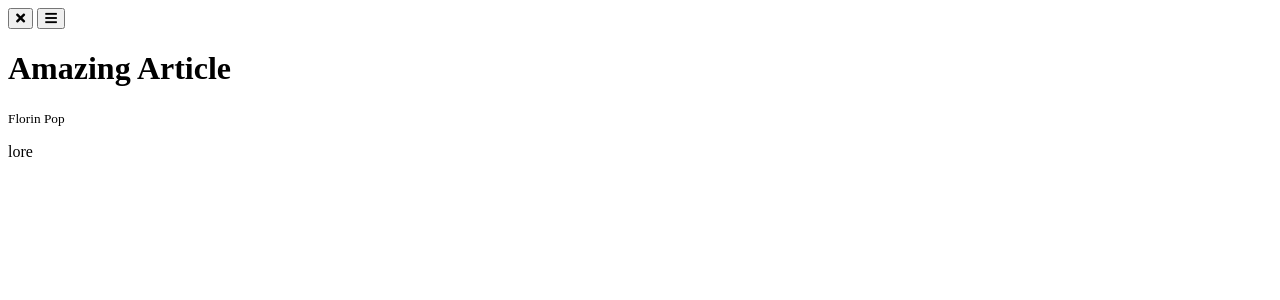
Repository: BrandonTuan777/Javascript-Basic-Projects
Page: Content & Circle Styling/index.html
An editor plug-in stored every save of this project. The page is shown before and after a run of saves, followed by the edit.
The browser window is 1280 px wide. The pictures show the whole page.

Above is the page before, as saved 2021-09-09 19:41:22.

### Content & Circle Styling/index.html
<!DOCTYPE html>
<html lang="en">
  <head>
    <meta charset="UTF-8" />
    <meta http-equiv="X-UA-Compatible" content="IE=edge" />
    <meta name="viewport" content="width=device-width, initial-scale=1.0" />
    <link
      rel="stylesheet"
      href="https://cdnjs.cloudflare.com/ajax/libs/font-awesome/5.15.4/css/all.min.css"
      integrity="sha512-1ycn6IcaQQ40/MKBW2W4Rhis/DbILU74C1vSrLJxCq57o941Ym01SwNsOMqvEBFlcgUa6xLiPY/NS5R+E6ztJQ=="
      crossorigin="anonymous"
      referrerpolicy="no-referrer"
    />
    <link rel="stylesheet" href="./style.css" />
    <title>Content & Circle Styling</title>
  </head>
  <body>
      <div class="container">
          <div class="circle-container">
              <div class="circle">
                  <button id="close">
                      <i class="fas fa-times"></i>
                  </button>
                  <button id="open">
                    <i class="fas fa-bars"></i>
                </button>
              </div>
          </div>

          <div class="content">
              <h1>Amazing Article</h1>
              <small>Florin Pop</small>
              <p>lore</p>
          </div>
      </div>




    <script src="./script.js"></script>
  </body>
</html>

Loaded but not shown: Content & Circle Styling/script.js (no copy from this time; the picture is the same without it); Content & Circle Styling/style.css (no copy from this time; the picture is the same without it)

After the next 3 saves:
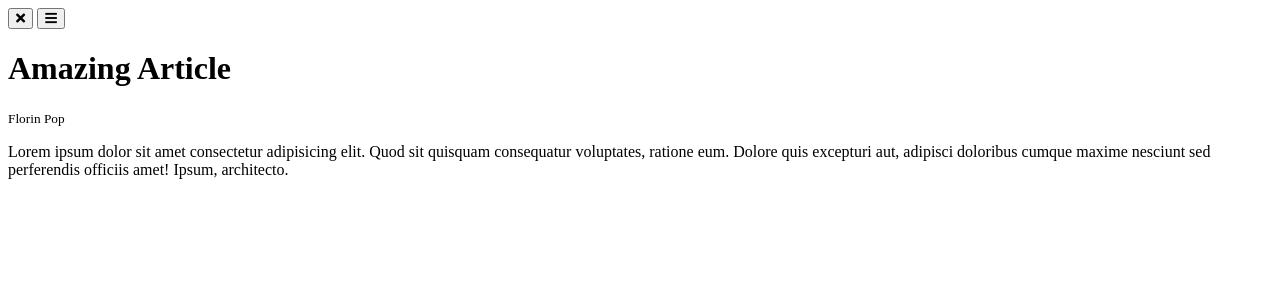
The 3 saves are shown as one change because they came seconds apart.
The last was saved 19 s later.
--- a/Content & Circle Styling/index.html
+++ b/Content & Circle Styling/index.html
@@ -15,27 +15,29 @@
     <title>Content & Circle Styling</title>
   </head>
   <body>
-      <div class="container">
-          <div class="circle-container">
-              <div class="circle">
-                  <button id="close">
-                      <i class="fas fa-times"></i>
-                  </button>
-                  <button id="open">
-                    <i class="fas fa-bars"></i>
-                </button>
-              </div>
-          </div>
-
-          <div class="content">
-              <h1>Amazing Article</h1>
-              <small>Florin Pop</small>
-              <p>lore</p>
-          </div>
+    <div class="container">
+      <div class="circle-container">
+        <div class="circle">
+          <button id="close">
+            <i class="fas fa-times"></i>
+          </button>
+          <button id="open">
+            <i class="fas fa-bars"></i>
+          </button>
+        </div>
       </div>
 
-
-
+      <div class="content">
+        <h1>Amazing Article</h1>
+        <small>Florin Pop</small>
+        <p>
+          Lorem ipsum dolor sit amet consectetur adipisicing elit. Quod sit
+          quisquam consequatur voluptates, ratione eum. Dolore quis excepturi
+          aut, adipisci doloribus cumque maxime nesciunt sed perferendis
+          officiis amet! Ipsum, architecto.
+        </p>
+      </div>
+    </div>
 
     <script src="./script.js"></script>
   </body>
